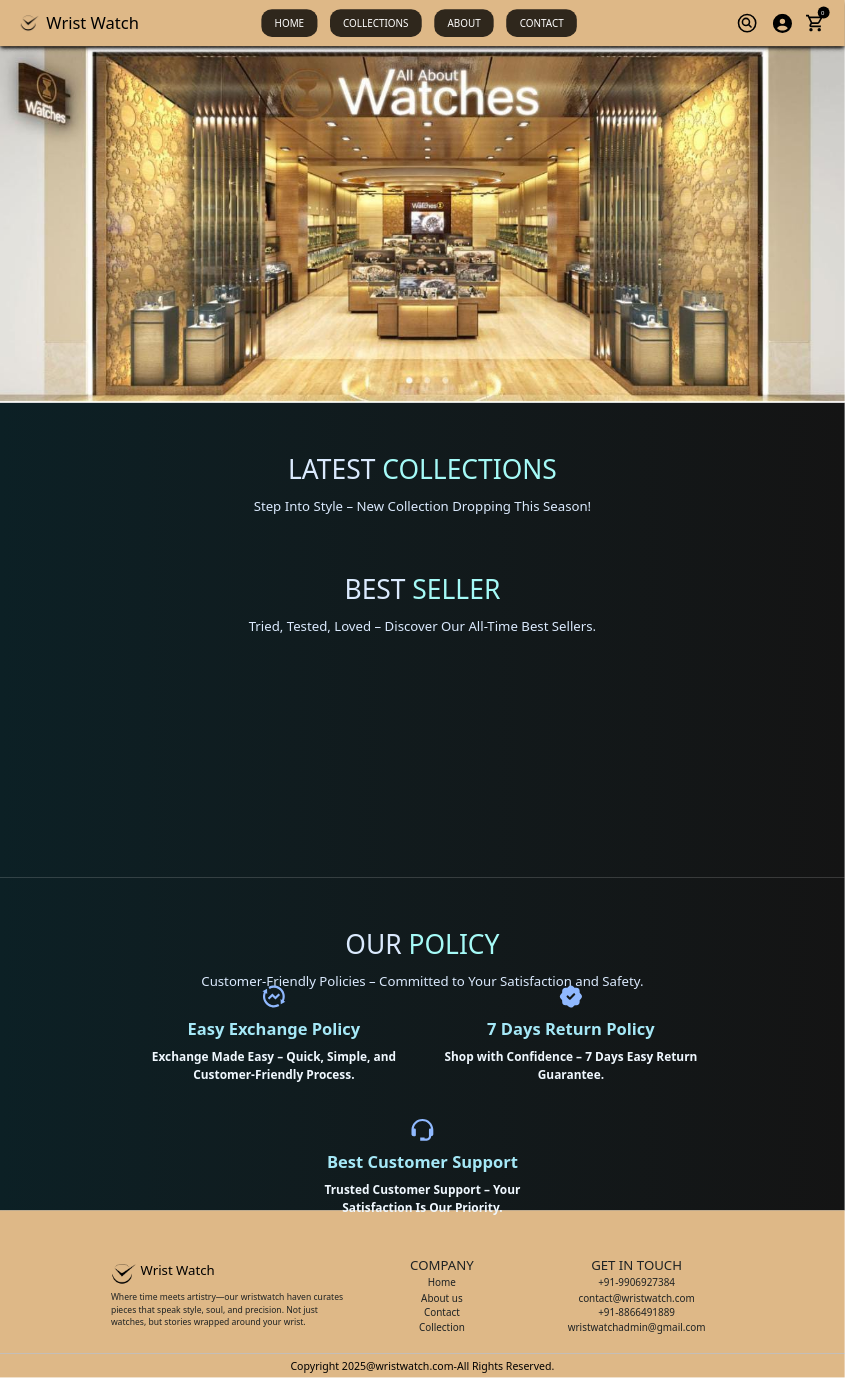
Repository: mansibhanushali/online_watch_ecommerce_mernstack_webapplication
Page: / (app in frontend/)
These files come from the project's save history. The page is drawn as it stood at one moment and after the next save; the edit follows.
The browser window is 1280 px wide. The pictures show the whole page, at 66% of full size.
The page's requests for data from a server got no answer. The project was rebuilt for these pictures with package versions that can differ from the ones it lists, and the page was loaded fresh each time. No one was signed in, and anything a server would have sent is missing. Also part of the build but not shown: frontend/vite.config.js, frontend/src/component/Loading.jsx, frontend/src/pages/Registration.jsx, frontend/src/component/Card.jsx, frontend/src/pages/Login.jsx, frontend/src/pages/About.jsx, frontend/src/pages/Collections.jsx, frontend/src/pages/Contact.jsx and 6 more.

Above is the page before, as saved 2025-08-15 22:30:40.

After the next save:
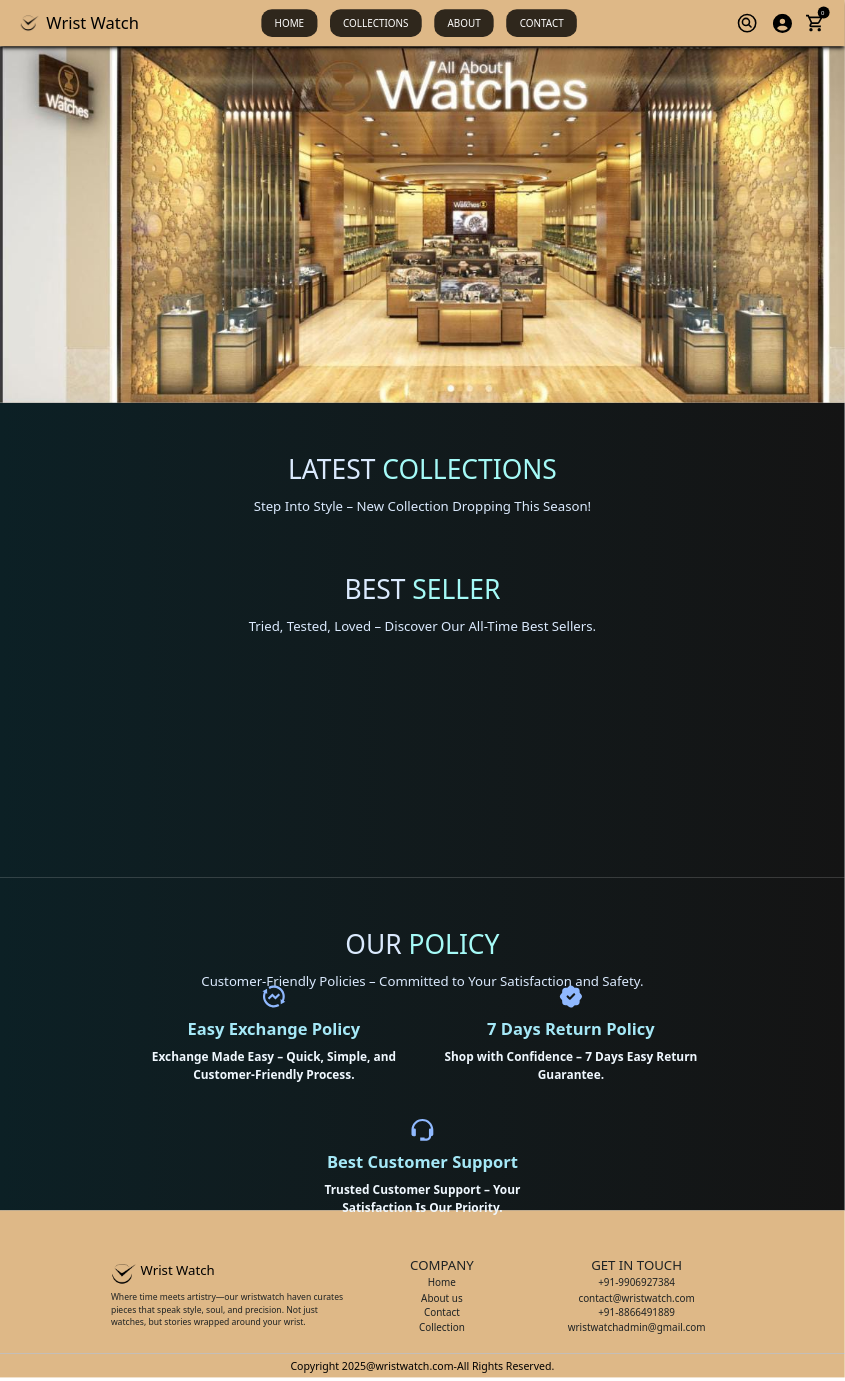
Saved 11 s later.
--- a/frontend/src/pages/Home.jsx
+++ b/frontend/src/pages/Home.jsx
@@ -16,7 +16,7 @@ function Home() {
 
   return (
     <div className="overflow-x-hidden relative top-[70px]">
-      <div className="w-[100vw] lg:h-[50vh] md:h-[50vh] sm:h-[30vh] bg-gradient-to-l from-[burlwood] to-[burlywood]">
+      <div className="w-[110vw] lg:h-[50vh] md:h-[50vh] sm:h-[30vh] bg-gradient-to-l from-[burlwood] to-[burlywood]">
         <Backgound heroCount={heroCount} />
       </div>
       <Product />
